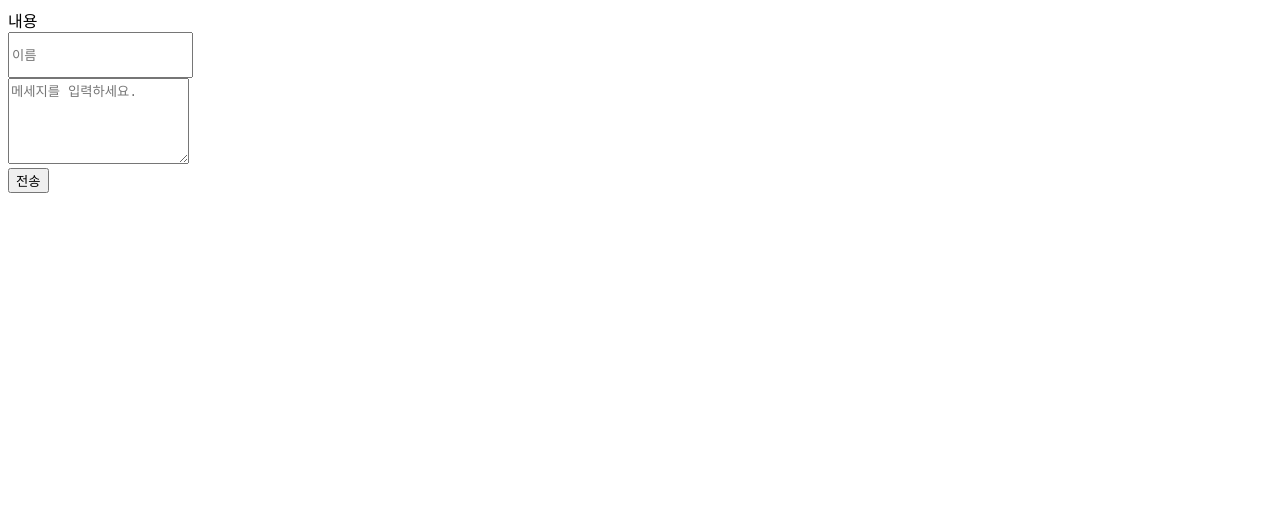
Repository: RyuJelly/211
Page: http://localhost/chat/
An editor plug-in stored every save of this project. The page is shown before and after the next save, followed by the edit.
The browser window is 1280 px wide. The pictures show the whole page.
The page is served by Tomcat 9.

Above is the page before, as saved 2021-04-12 03:28:05.

After the next save:
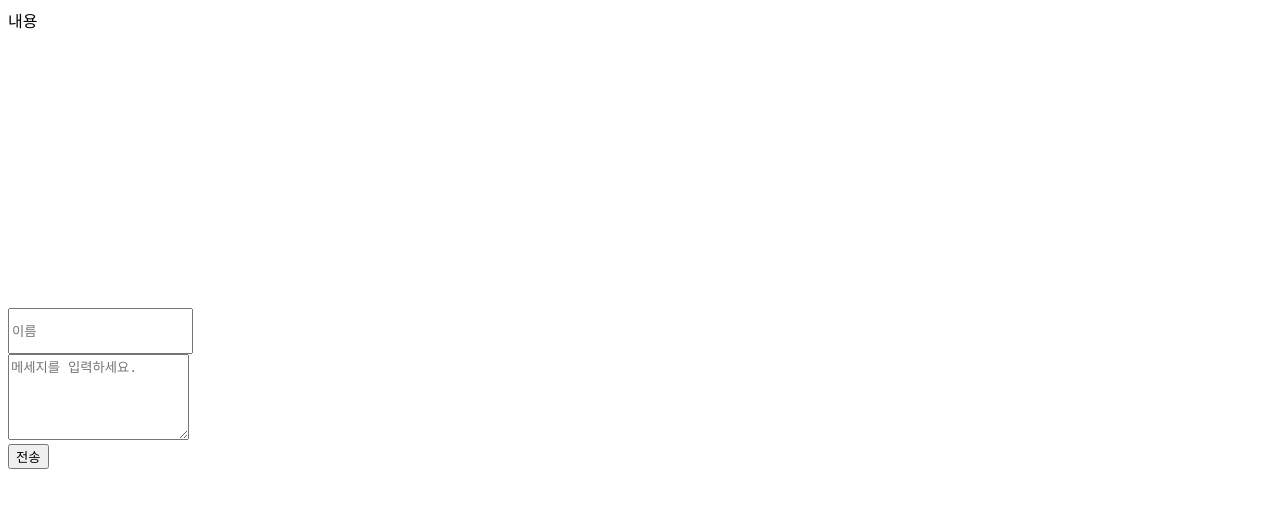
Saved 53 s later.
--- a/testChat/chat/WebContent/index.jsp
+++ b/testChat/chat/WebContent/index.jsp
@@ -8,7 +8,7 @@
 </head>
 <body>
 	<div class="container">
-		<div class="textLog">내용</div>
+		<div class="textLog" style="height: 300px; width: 200px;">내용</div>
 		<div class="input">
 			<div>
 				<input style="height: 40px;" type="text" id="chatName"
